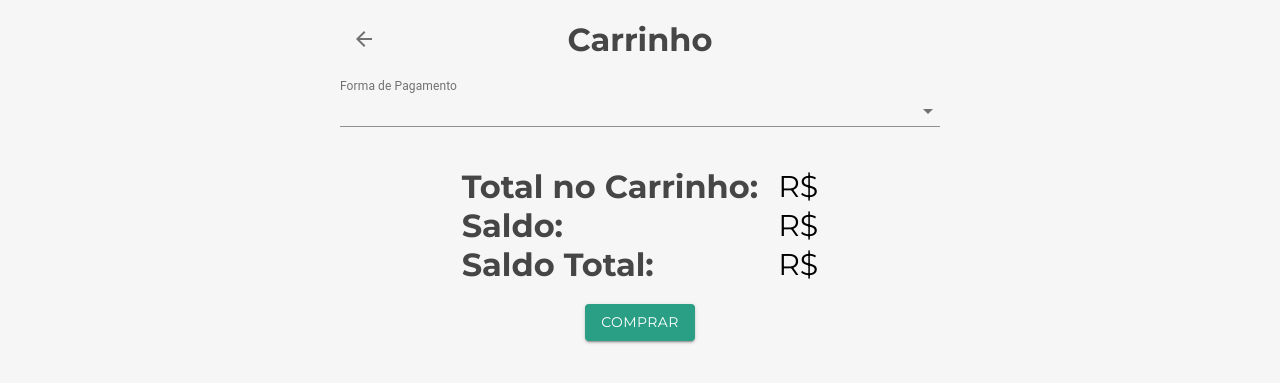
Repository: 2001mariana/react-context
Page: /carrinho
An editor plug-in stored every save of this project. The page is shown before and after the next save, followed by the edit.
The browser window is 1280 px wide. The pictures show the whole page.
The project was rebuilt for these pictures with package versions that can differ from the ones it lists, and the page was loaded fresh each time. Also part of the build but not shown: src/components/Produto/styles.js, src/components/Produto/index.js, src/pages/Feira/NavBar/styles.js, src/pages/Feira/NavBar/index.js, src/pages/Feira/styles.js, src/pages/Feira/index.js, src/pages/Login/styles.js, src/pages/Login/index.js.

Above is the page before, as saved 2022-11-30 09:59:35.

After the next save:
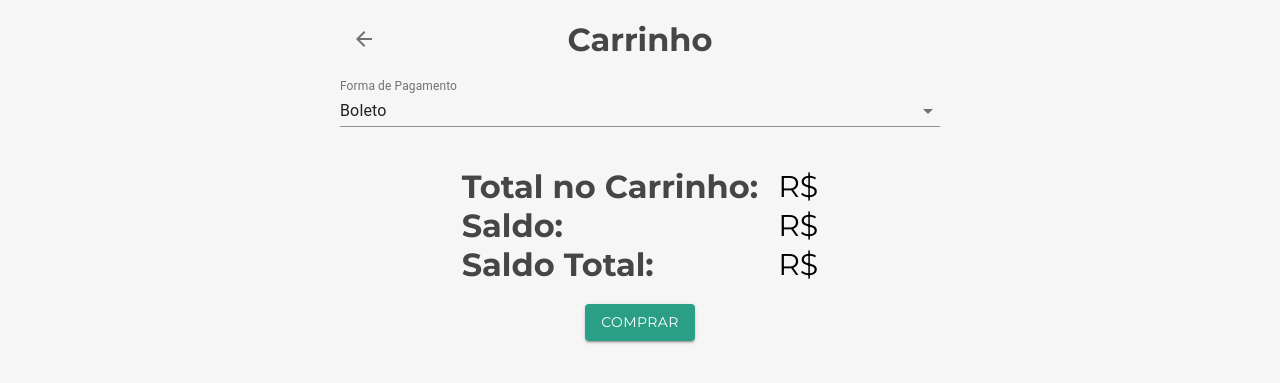
Saved 10 min 44 s later.
--- a/src/pages/Carrinho/index.js
+++ b/src/pages/Carrinho/index.js
@@ -30,7 +30,7 @@ function Carrinho() {
           {
             tiposPagamento.map(pagamento => (
               <MenuItem
-                value={pagamento.nome}
+                value={pagamento.id}
                 key={pagamento.id}
               >
                 {pagamento.nome}
